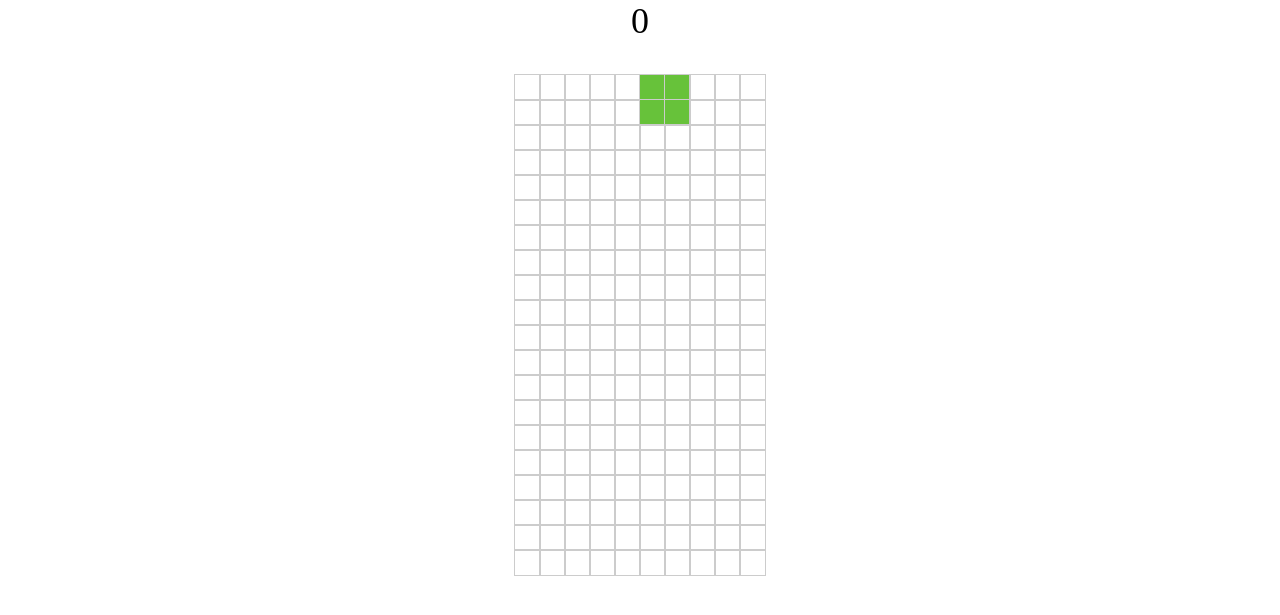
Repository: chlwpdnswku/tetris
Page: index.html
An editor plug-in stored every save of this project. The page is shown before and after the next save, followed by the edit.
The browser window is 1280 px wide. The pictures show the whole page.

Above is the page before, as saved 2022-12-12 00:44:56.

After the next save:
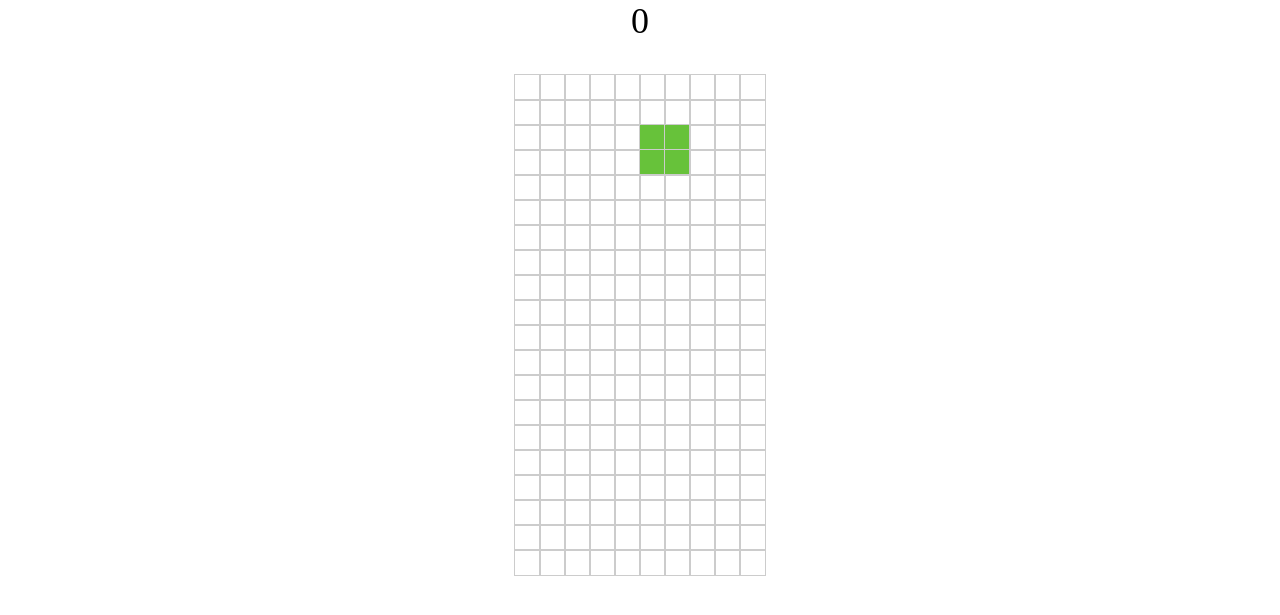
Saved 7 s later.
--- a/script.js
+++ b/script.js
@@ -67,7 +67,7 @@ function renderBlocks() {
   //   console.log(BLOCKS[type][direction]);
   BLOCKS[type][direction].forEach((block) => {
     const x = block[0] + left;
-    const y = block[1];
+    const y = block[1] + top;
     // console.log({ playground });
     const target = playground.childNodes[y].childNodes[0].childNodes[x];
     // console.log(target);
